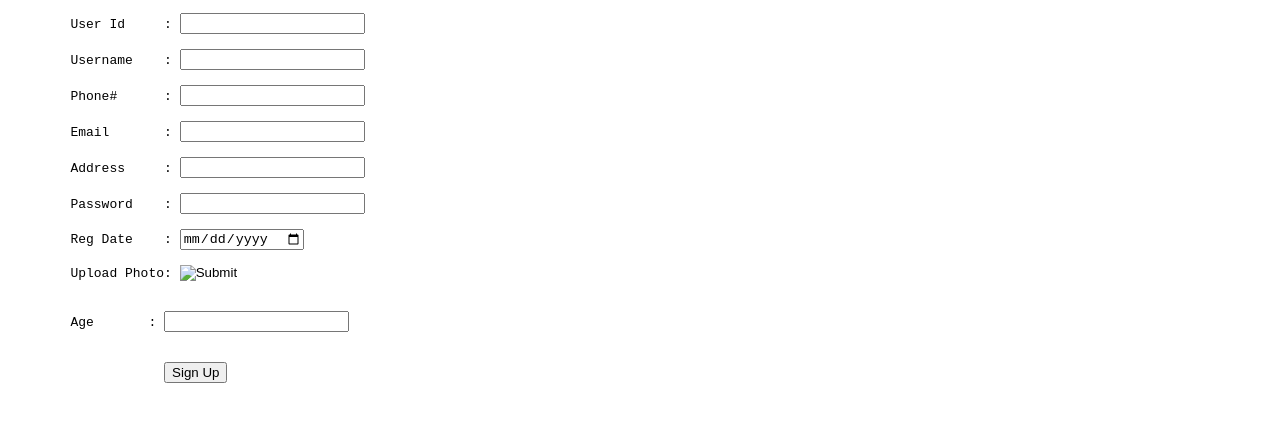
Repository: blackburn99/E-Learning-Project
Page: http://localhost/e-learning-project-frontend/registration.jsp
An editor plug-in stored every save of this project. The page is shown before and after the next save, followed by the edit.
The browser window is 1280 px wide. The pictures show the whole page.
The page is served by Tomcat 9.

Above is the page before, as saved 2021-08-18 05:09:10.

After the next save:
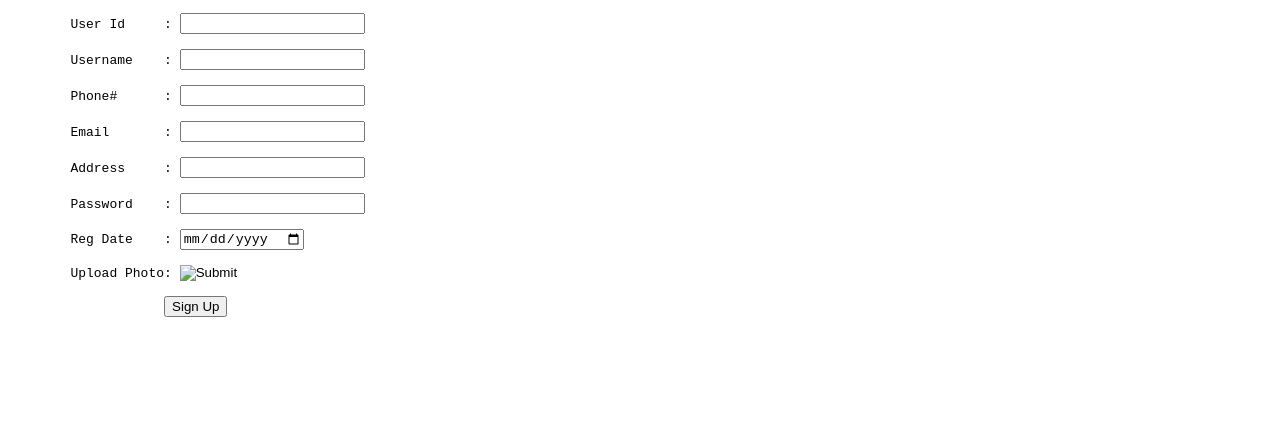
Saved 12 s later.
--- a/e-learning-project-frontend/src/main/webapp/registration.jsp
+++ b/e-learning-project-frontend/src/main/webapp/registration.jsp
@@ -17,9 +17,6 @@
         Password    : <input type="password" name="password" /><br>
         Reg Date    : <input type="date" name="reg_date" /><br>
         Upload Photo: <input type="image" name="upload_photo" /><br>
-
-        Age       : <input type="number" name="age" /><br>
-
                     <input type="submit" value="Sign Up" /><br>
        </pre>
      </form>
